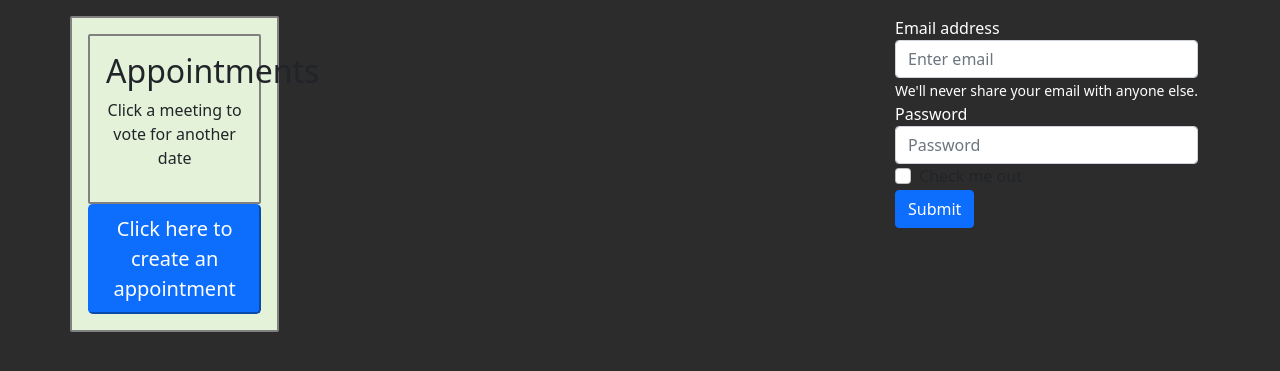
Repository: wlichon/Semesterprojekt
Page: index.html
These files come from the project's save history. The page is drawn as it stood at one moment and after the next save; the edit follows.
The browser window is 1280 px wide. The pictures show the whole page.
The page's requests for data from a server got no answer. Some web libraries are served in a nearby version.

Above is the page before, as saved 2022-04-22 20:38:30.

### index.html
<!DOCTYPE html>
<html lang="en">
<head>
    <link href="https://cdn.jsdelivr.net/npm/bootstrap@5.1.3/dist/css/bootstrap.min.css" rel="stylesheet" integrity="sha384-1BmE4kWBq78iYhFldvKuhfTAU6auU8tT94WrHftjDbrCEXSU1oBoqyl2QvZ6jIW3" crossorigin="anonymous">
    <link rel="stylesheet" href="https://cdn.jsdelivr.net/npm/bootstrap-icons@1.8.1/font/bootstrap-icons.css">
    <script
    src="https://code.jquery.com/jquery-3.6.0.min.js"
    integrity="sha256-/xUj+3OJU5yExlq6GSYGSHk7tPXikynS7ogEvDej/m4="
    crossorigin="anonymous"></script>
    <script src="https://cdnjs.cloudflare.com/ajax/libs/jqueryui/1.12.1/jquery-ui.min.js" integrity="sha512-uto9mlQzrs59VwILcLiRYeLKPPbS/bT71da/OEBYEwcdNUk8jYIy+D176RYoop1Da+f9mvkYrmj5MCLZWEtQuA==" crossorigin="anonymous" referrerpolicy="no-referrer"></script>
    <meta charset="UTF-8">
    <meta http-equiv="X-UA-Compatible" content="IE=edge">
    <meta name="viewport" content="width=device-width, initial-scale=1.0">
    <link rel="stylesheet" href="frontend/css/mystyle.css">
    <script src="frontend/script/script.js" defer></script>
    <title>Appointment Finder</title>
</head>
<body class="d-flex justify-content-center">
    <div class="container m-3 d-flex justify-content-center">
        <div class="events row flex-grow-1" id="events">
            <div class="col-md-3 d-flex justify-content-between" style="flex-direction: column">

                <div class="col">
                    <h2 class="align-self-center">Appointments</h2>
                    <p class="">Click a meeting to vote for another date</p>
                </div>
                <button class = "btn-primary btn-lg" id = "createappointment"> Click here to create an appointment</button>


                </div>
             </div>

            <div class="appointments row flex-grow-1" id="appointments">
                <div class="col-md d-flex justify-content-between" style="flex-direction: column">
                    <div class="row h-80">
                        <div class="col">
                           <h2 class="align-self-center">Options</h2>
                        </div>
                    </div>
                    <div class="row inputs h-20 align-self-bottom">
                        <div class="col-md">
                            <i class="bi bi-person-circle m-1"></i><input type="text" placeholder="Name">
                        </div>
                    </div>

                </div>




                <!--
                    <div id = "appointment"
                <div class="col-md">
                    <div class="row h-80">
                        <div class="col wrapper">
                            <h4>Dez</h4>
                            <h3>23</h3>
                            <p>Mi</p>
                            <p>11:40</p>
                            <p>13:00</p>
                        </div>
                    </div>
                    <div class="row inputs h-20">
                        <div class="col-md"><input class="form-check-input" type="checkbox" value=""></div>
                    </div>


                </div>
                <div class="btn btn-primary col-auto p-1" id="lslide">
                    <i class="bi bi-chevron-left"></i>
                </div>

                <div class="row mt-5 comment">
                    <div class="input-group input-group-lg">
                        <span class="input-group-text" id="inputGroup-sizing-lg">Comment</span>
                        <input type="text" class="form-control" aria-label="Sizing example input" aria-describedby="inputGroup-sizing-lg">
                        <button class="btn btn-outline-secondary bg-primary text-white" type="button" id="submit">Submit</button>
                    </div>
                </div>
            -->
        </div>
        <form id = "createappointmentform">
            <div class="form-group">
              <label for="exampleInputEmail1" class ="text-white">Email address</label>
              <input type="email" class="form-control" id="exampleInputEmail1" aria-describedby="emailHelp" placeholder="Enter email">
              <small id="emailHelp" class="form-text text-white">We'll never share your email with anyone else.</small>
            </div>
            <div class="form-group">
              <label for="exampleInputPassword1" class ="text-white">Password</label>
              <input type="password" class="form-control" id="exampleInputPassword1" placeholder="Password">
            </div>
            <div class="form-check">
              <input type="checkbox" class="form-check-input" id="exampleCheck1">
              <label class="form-check-label" for="exampleCheck1">Check me out</label>
            </div>
            <button type="submit" class="btn btn-primary">Submit</button>
          </form>

            </div>


    <script src="https://cdn.jsdelivr.net/npm/bootstrap@5.1.3/dist/js/bootstrap.bundle.min.js" integrity="sha384-ka7Sk0Gln4gmtz2MlQnikT1wXgYsOg+OMhuP+IlRH9sENBO0LRn5q+8nbTov4+1p" crossorigin="anonymous"></script>
</body>
</html>

### frontend/css/mystyle.css
[class*="col"]{
    text-align:center;
    border: 2px solid grey;
    padding: 1rem;
    border-radius: 2px;
    background-color:rgb(228, 242, 217);
}

.bi-person-circle{
    font-size: 1.5rem;
}

.inputs > div{
    background-color: rgb(89, 209, 61);
}

body{
    background-color:rgb(45, 44, 44);
}

.wrapper{
    border-radius: 5px;
    border: none;
    background-color: lightcyan;
}

.container{
    border-radius: 5px;
}

#lslide{
    background-color:blue;
    border-radius:10px;
}

.event{
    cursor: pointer;
}

.event:hover{
    background-color:blue;
}

.noevent:hover{
    pointer-events: none;
}

### frontend/script/script.js
"use strict";
var months = ["Jan", "Feb", "Mar", "Apr", "May", "Jun", "Jul", "Aug", "Sep", "Oct", "Nov", "Dec"];
var days = ["Mon", "Tue", "Wed", "Thu", "Fri", "Sat", "Sun"];
var slidebutton = "<div class='btn btn-primary col-auto p-1' id='lslide'><i class='bi bi-chevron-left'></i></div>";
var commentbar = "<div class='row mt-5 comment'><div class='input-group input-group-lg'><span class='input-group-text' id='inputGroup-sizing-lg'>Comment</span><input type='text' class='form-control' aria-label='Sizing example input' aria-describedby='inputGroup-sizing-lg'><button class='btn btn-outline-secondary bg-primary text-white' type='button' id='submit'>Submit</button></div></div>";
$(function () {
    $("#appointments").hide();
    $("#events").hide();
    $.ajax({
        type: "GET",
        url: "backend/serviceHandler.php",
        cache: false,
        data: { function: "loadAppointments" },
        dataType: "json",
        success: function (response) {
            // bei sucess liefert loadAppointments ein Array mit den ganzen Appointments in dem Format:
            //  Appointment("25-06-2027", "Meeting4", "22-05-2025 19:30:00", "18:00", "18:30", [2, 3]) also:
            // Appointment("Tag-Monat-Jahr", "MeetingNummer", "ExpirationDate", "UhrzeitBeginn", "Uhrzeitende", "OptionsID");
            // Appointment ($date,$title,$votingExpirationDate,$begin,$end,$optionIDs)3222
            console.log("success");
            $.each(response, function (i, val) {
                var counter = 1;
                var date = new Date(val["date"]["date"]);
                var month = months[date.getMonth()];
                var day = days[date.getDay()];
                var dayOfMonth = date.getDate();
                var year = date.getFullYear();
                var expiration = val["votingExpirationDate"]["date"].substr(0, 19);
                var begin = val["begin"]["date"].substr(11).substr(0, 8);
                var end = val["end"]["date"].substr(11).substr(0, 8);
                var id = val["optionIDs"];
                $("#events").append("<div class='col-md-2 event' id =" + counter + " + data=" + id + ">" +
                    "<div class='col wrapper'>" +
                    "<h2>" + val["title"] + "</h2>" +
                    "<h4>" + month + "</h4>" +
                    "<h3>" + dayOfMonth + "</h3>" +
                    "<p>" + day + "</p>" +
                    "<p>Begins: " + begin + "</p>" +
                    "<p>Ends: " + end + "</p>" +
                    "<h6><p>Voting ends:</p>" +
                    "<p>" + expiration + "</p></h6>" +
                    "</div> </div>");
                var isexpired = new Date(expiration);
                var today = new Date();
                if (isexpired <= today) {
                    $("#" + counter).append("<h5 class = 'mt-3' > abgelaufen! </h5>");
                    $("#" + counter).attr("class", "col-md-2 noevent");
                }
                counter++;
            });
        },
        complete: function () {
            $(".event").on('click', function (e) {
                var self = e.currentTarget; // Element was das Klick getriggert hat
                $("#events").hide("slide", { direction: "left" }, 1000, function () {
                    console.log(self);
                    var optionIDs_string = self.getAttribute("data");
                    var optionIDs = Array.from(optionIDs_string.split(","));
                    console.log(optionIDs);
                    $.ajax({
                        type: "GET",
                        url: "backend/serviceHandler.php",
                        cache: false,
                        data: { function: "loadOptions", param: optionIDs },
                        dataType: "json",
                        success: function (response) {
                            console.log("success");
                            console.log(response);
                            $.each(response, function (i, val) {
                                var date = new Date(val["date"]["date"]);
                                console.log("loop");
                                var month = months[date.getMonth()];
                                var day = days[date.getDay()];
                                var dayOfMonth = date.getDate();
                                var year = date.getFullYear();
                                var begin = val["begin"]["date"].substr(11).substr(0, 8);
                                var end = val["end"]["date"].substr(11).substr(0, 8);
                                $("#appointments").append("<div class='col-md'>" +
                                    "<div class='col-md event'>" +
                                    "<div class='col wrapper'>" +
                                    "<h4>" + month + "</h4>" +
                                    "<h3>" + dayOfMonth + "</h3>" +
                                    "<p>" + day + "</p>" +
                                    "<p>Begins: " + begin + "</p>" +
                                    "<p>Ends: " + end + "</p>" +
                                    "</div></div>" +
                                    "<div class='row inputs h-20'>" +
                                    "<div class='col-md'><input class='form-check-input' type='checkbox' value=''></div></div></div>");
                            });
                            $("#appointments").append(slidebutton + commentbar);
                            $("#lslide").on('click', slidebar);
                        },
                        error: function (response) {
                            console.log("failure");
                        }
                    }),
                        setTimeout(function () { return $("#appointments").show("slide", 1000); }, 100);
                });
            });
            $("#events").show("slide", 1000);
        },
        error: function (e) {
            console.log("failure");
        }
    });
    console.log("hi");
    $("#submit").on('click', function () {
        console.log($("#test").prop("checked"));
    });
});
var optionNameInput = '<div class="col-md d-flex justify-content-between" style="flex-direction: column">' +
    '<div class="row h-80">' +
    '<div class="col">' +
    '<h2 class="align-self-center">Options</h2>' +
    '</div>' +
    '</div>' +
    '<div class="row inputs h-20 align-self-bottom">' +
    '<div class="col-md">' +
    '<i class="bi bi-person-circle m-1"></i><input type="text" placeholder="Name">' +
    '</div>' +
    '</div>' +
    '</div>';
function slidebar() {
    $("#appointments").hide("slide", { direction: "left" }, 1000, function () {
        $("#appointments").empty().append(optionNameInput);
        $("#events").show("slide", 1000);
    });
}

After the next save:
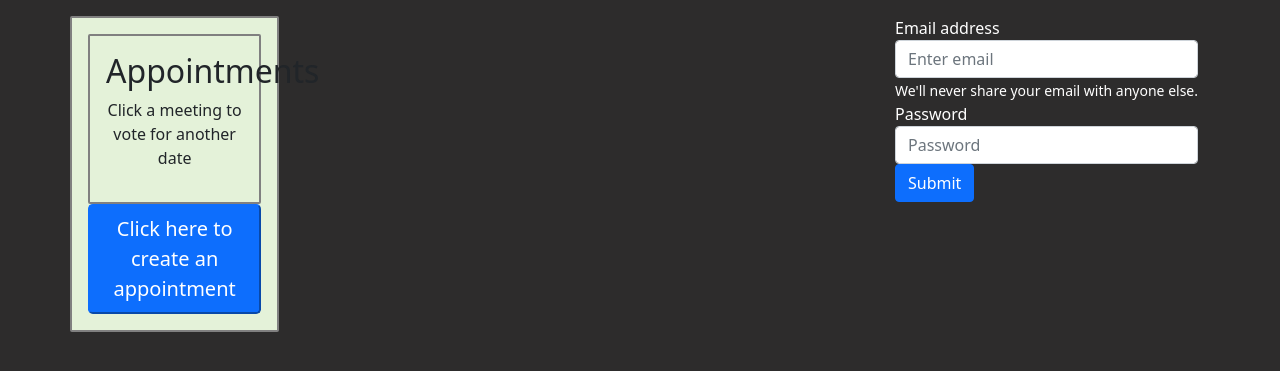
Saved 13 s later.
--- a/index.html
+++ b/index.html
@@ -89,10 +89,6 @@
               <label for="exampleInputPassword1" class ="text-white">Password</label>
               <input type="password" class="form-control" id="exampleInputPassword1" placeholder="Password">
             </div>
-            <div class="form-check">
-              <input type="checkbox" class="form-check-input" id="exampleCheck1">
-              <label class="form-check-label" for="exampleCheck1">Check me out</label>
-            </div>
             <button type="submit" class="btn btn-primary">Submit</button>
           </form>
 
